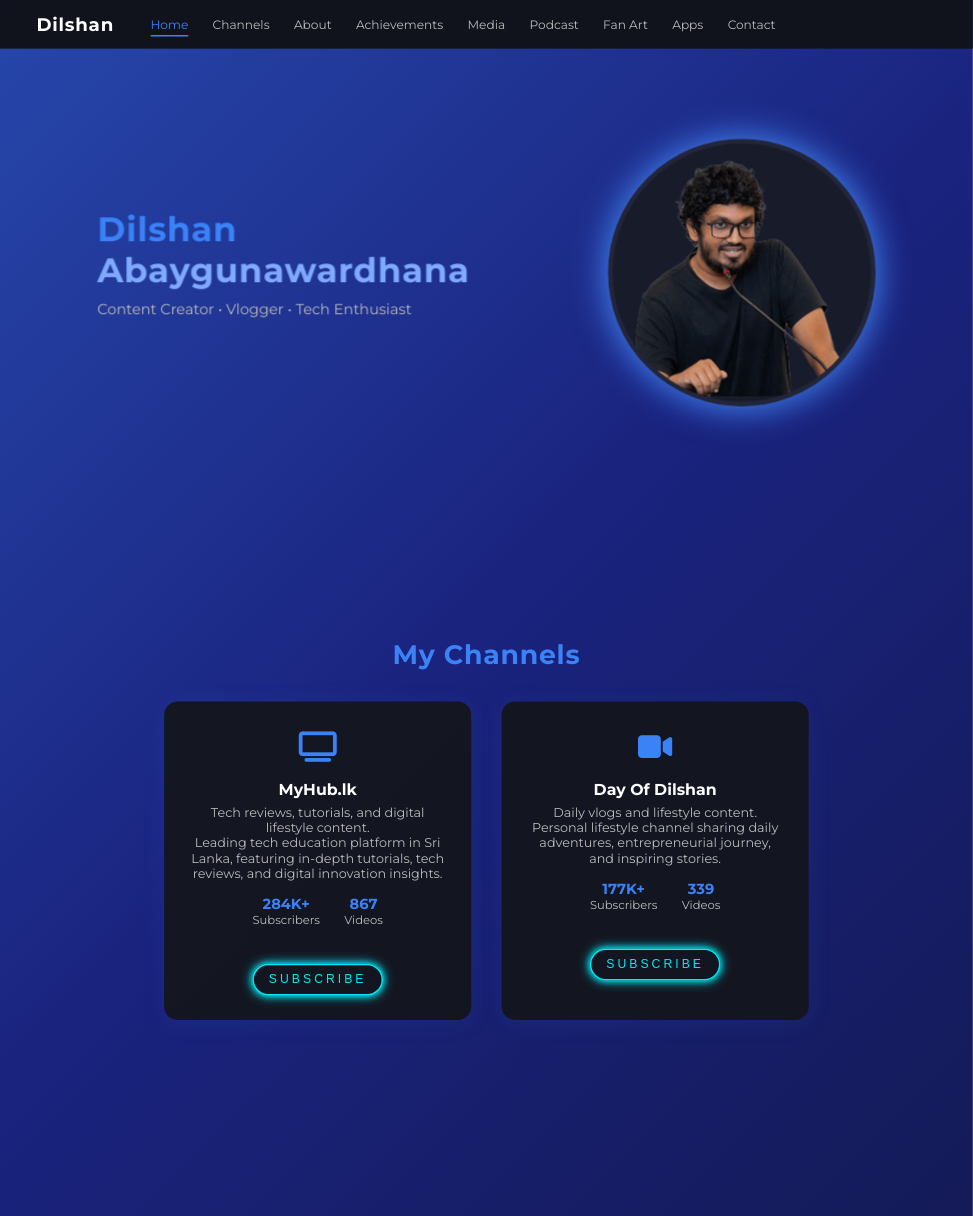
Repository: notyourclose/https-github.com-notyourclose-dilshan-abeygunawardana5
Page: index.html
An editor plug-in stored every save of this project. The page is shown before and after the next save, followed by the edit.
The browser window is 1280 px wide. The pictures show the whole page, at 76% of full size.

Above is the page before, as saved 2025-05-14 15:07:39.

After the next save:
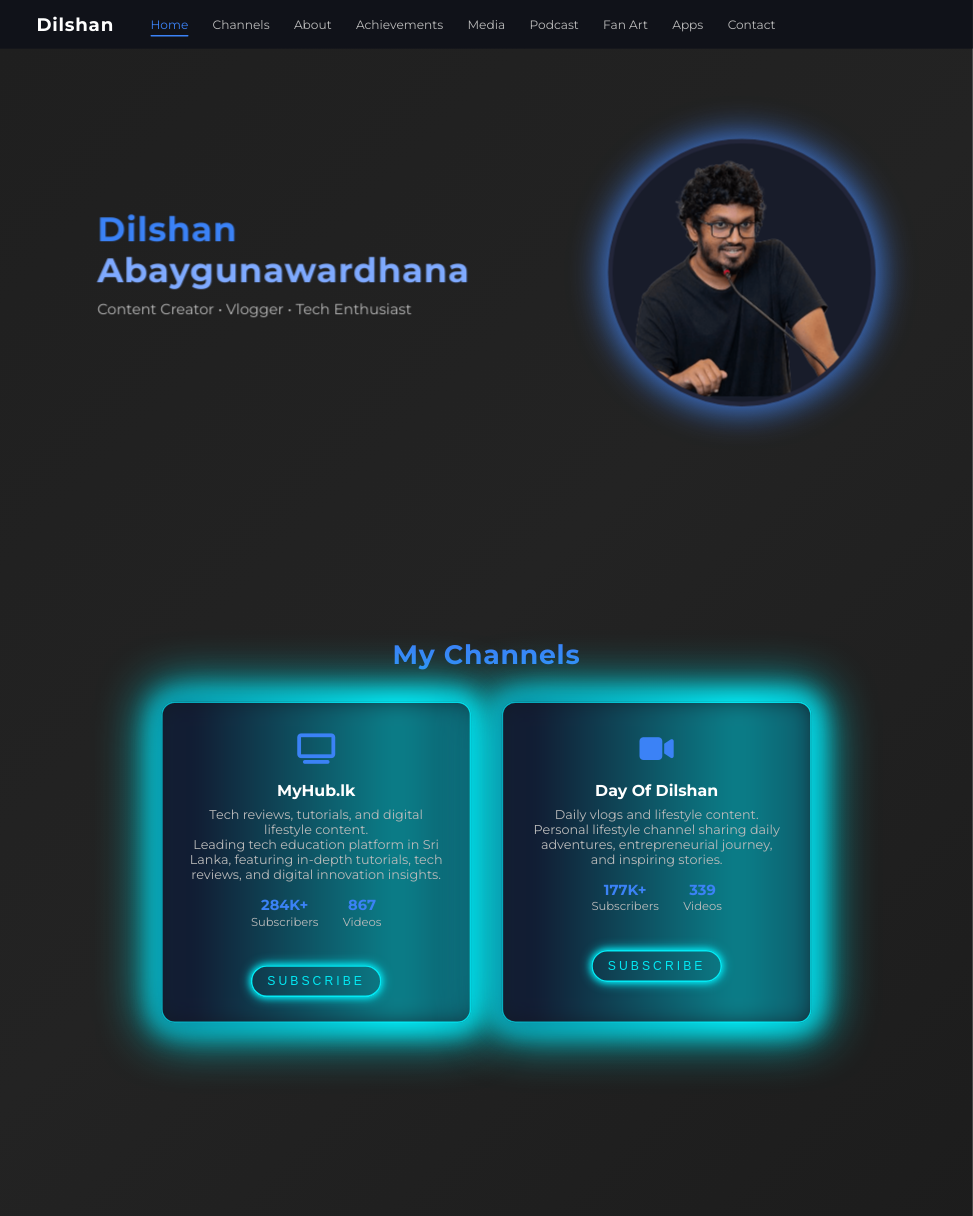
Saved 3 min 26 s later.
--- a/index.html
+++ b/index.html
@@ -16,7 +16,7 @@
             min-height: 100vh;
             color: #fff;
             /* Restore animated gradient background */
-            background: linear-gradient(-45deg, #0a0c15, #1a237e, #3b82f6, #0a0c15);
+            background: linear-gradient(-45deg, #111111, #232323, #181818, #222222);
             background-size: 400% 400%;
             animation: gradientBG 12s ease-in-out infinite;
         }
@@ -181,7 +181,7 @@
         .channel-card {
             background: rgba(20, 22, 32, 0.98);
             border-radius: 18px;
-            box-shadow: 0 4px 32px 0 rgba(59,130,246,0.10);
+            box-shadow: 0 0 16px 2px #03e9f4, 0 0 32px 4px #03e9f4;
             padding: 36px 32px 32px 32px;
             width: 340px;
             display: flex;
@@ -191,11 +191,32 @@
             position: relative;
             opacity: 0;
             transform: translateY(60px);
+            border: 2px solid #03e9f4;
+            background-clip: padding-box;
         }
         .channel-card.visible {
             opacity: 1;
             transform: translateY(0);
-        }
+            box-shadow: 0 0 32px 8px #03e9f4, 0 0 64px 16px #03e9f4;
+        }
+        .channel-card::before {
+            content: '';
+            position: absolute;
+            top: -8px; left: -8px; right: -8px; bottom: -8px;
+            border-radius: 22px;
+            background: linear-gradient(90deg, #03e9f4, #111b3f, #03e9f4, #111b3f);
+            background-size: 200% 200%;
+            filter: blur(16px);
+            opacity: 0.5;
+            z-index: 0;
+            animation: neonGlowCard 2.5s linear infinite;
+        }
+        @keyframes neonGlowCard {
+            0% { background-position: 0% 50%; }
+            50% { background-position: 100% 50%; }
+            100% { background-position: 0% 50%; }
+        }
+        .channel-card > * { position: relative; z-index: 1; }
         .channel-card:hover {
             transform: translateY(-8px) scale(1.03);
             box-shadow: 0 8px 48px 0 rgba(59,130,246,0.18);
